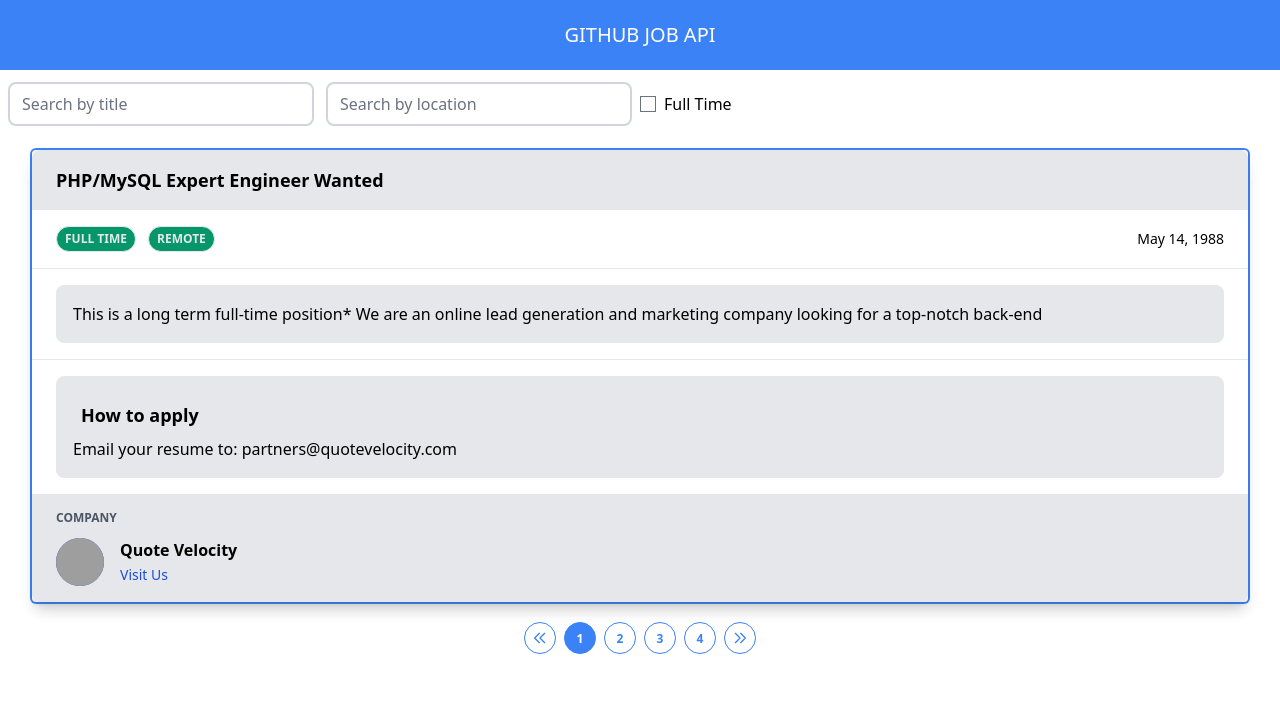
Repository: ShamroOoz/Github-job-api-React-Tailwind
Page: /
The author's editor kept a copy of each file at every save. The page is drawn from the files as they stood at one save, then again after the next save.
The browser window is 1280 px wide. The pictures show the whole page.
Pictures or frames that could not be fetched are drawn as grey boxes. The page's requests for data from a server got no answer. The project was rebuilt for these pictures with package versions that can differ from the ones it lists, and the page was loaded fresh each time. No one was signed in, and anything a server would have sent is missing. Also part of the build but not shown: craco.config.js, src/components/Spinner.js, src/components/Alert.js.

Above is the page before, as saved 2021-03-21 18:42:47.

After the next save:
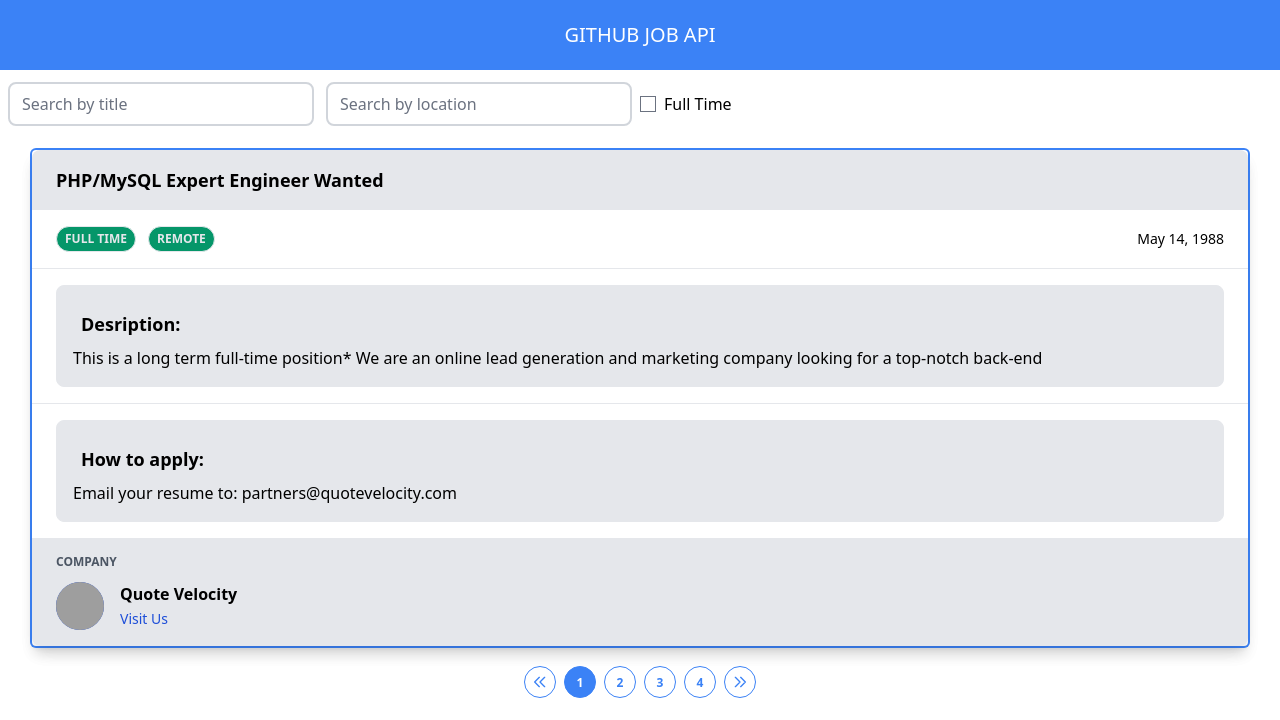
Saved 34 s later.
--- a/src/components/Reducer/Job.js
+++ b/src/components/Reducer/Job.js
@@ -22,6 +22,7 @@
 
         <div className="px-6 py-4 border-t border-gray-200">
           <div className="border rounded-lg p-4 bg-gray-200">
+            <h2 className=" text-lg p-2 font-bold">Desription:</h2>
             <span>
               This is a long term full-time position* We are an online lead
               generation and marketing company looking for a top-notch back-end
@@ -30,7 +31,7 @@
         </div>
         <div className="px-6 py-4 border-t border-gray-200">
           <div className="border rounded-lg p-4 bg-gray-200">
-            <h2 className=" text-lg p-2 font-bold">How to apply</h2>
+            <h2 className=" text-lg p-2 font-bold">How to apply:</h2>
             <span>Email your resume to: partners@quotevelocity.com</span>
           </div>
         </div>
